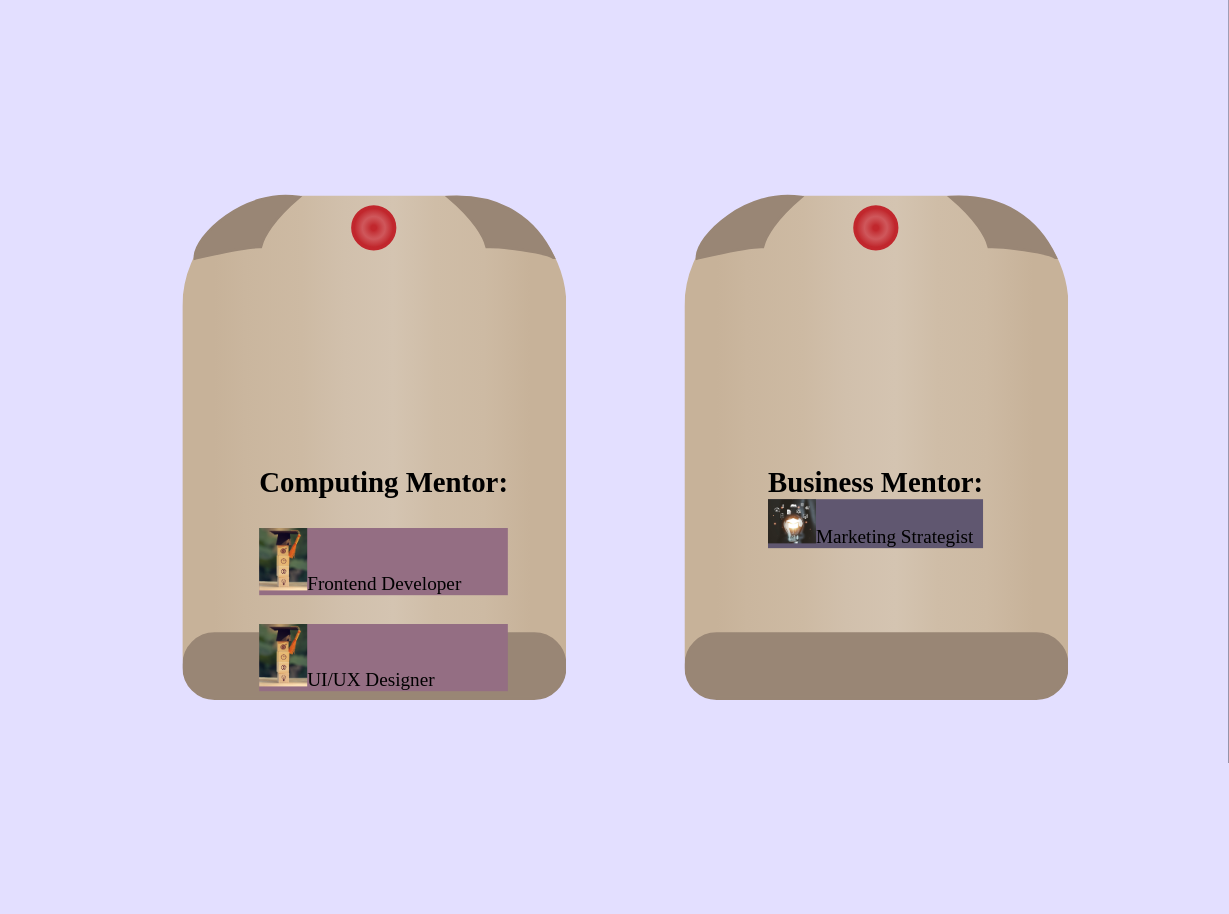
Repository: anikagrewal/week3example
Page: /about
The author's editor kept a copy of each file at every save. The page is drawn from the files as they stood at one save, then again after the next save.
The browser window is 1280 px wide. The pictures show the whole page, at 96% of full size.
The project was rebuilt for these pictures with package versions that can differ from the ones it lists, and the page was loaded fresh each time. The framework's server and built-in components were replaced by stand-ins that run in the browser. Also part of the build but not shown: next.config.js.

Above is the page before, as saved 2023-01-23 14:20:30.

After the next save:
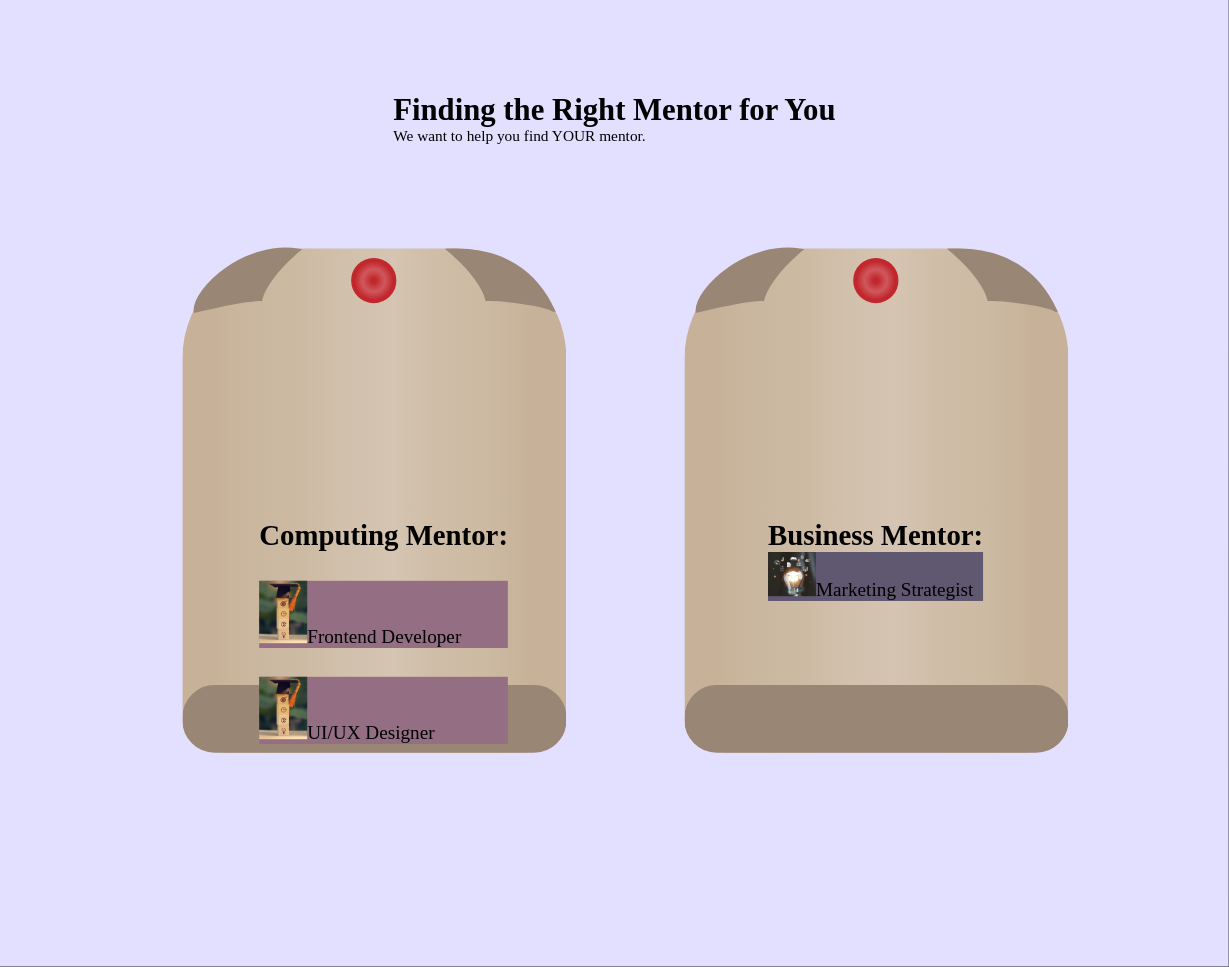
Saved 2 min 12 s later.
--- a/pages/about.js
+++ b/pages/about.js
@@ -23,6 +23,10 @@
       </Head>
       <main className={styles.main}>
 
+      <header>
+        <h1>Finding the Right Mentor for You</h1>
+        <p>We want to help you find YOUR mentor. </p>
+      </header>
 
 
         <div className={styles.grid}>
